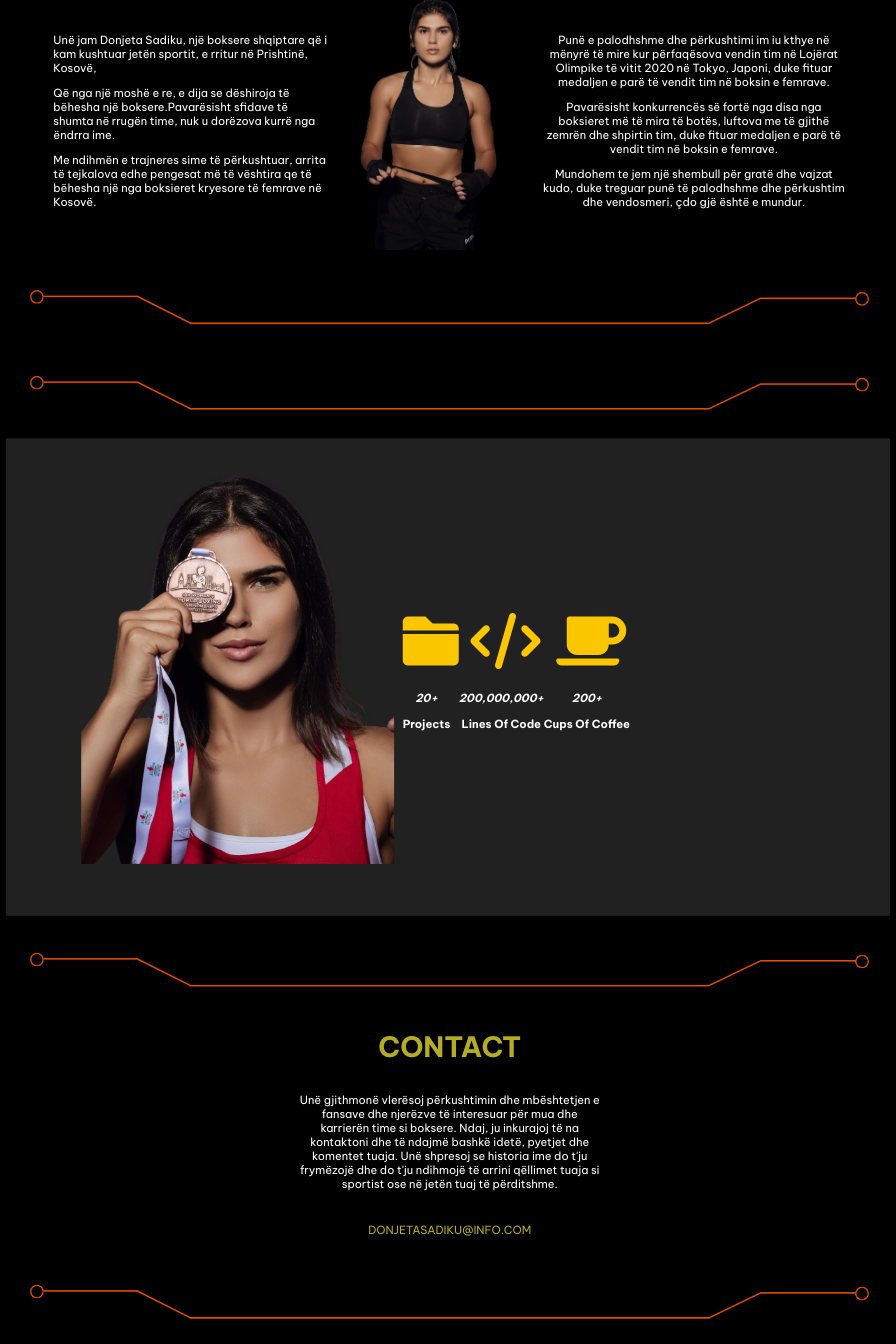
Repository: milot-morina/ds-boxing
Page: DS-Portfolio/index.html
An editor plug-in stored every save of this project. The page is shown before and after the next save, followed by the edit.
The browser window is 1280 px wide. The pictures show the part of the page from y = 2235 to 4155 px (the page is 4918 px tall), at 70% of full size.
A picture or video elsewhere on the page could not be fetched, so the positions and the page height are approximate.

Above is the page before, as saved 2023-03-21 10:41:19.

### DS-Portfolio/index.html
<!DOCTYPE html>
<html lang="en">
<head>
  <meta charset="UTF-8">
  <meta http-equiv="X-UA-Compatible" content="IE=edge">
  <meta name="viewport" content="width=device-width, initial-scale=1.0">
  <title>Donjeta Sadiku</title>
  <link rel="stylesheet" href="style.css">
  <link rel="stylesheet" href="https://cdnjs.cloudflare.com/ajax/libs/font-awesome/6.0.0-beta2/css/all.min.css" integrity="sha512-YWzhKL2whUzgiheMoBFwW8CKV4qpHQAEuvilg9FAn5VJUDwKZZxkJNuGM4XkWuk94WCrrwslk8yWNGmY1EduTA==" crossorigin="anonymous" referrerpolicy="no-referrer" />
  <link rel="icon" href="logofinal.png" type="image/icon type" style="width: 100%;">
  <link href="https://fonts.googleapis.com/css2?family=Be+Vietnam+Pro:wght@400;500;700&display=swap" rel="stylesheet">
</head>
<body>

  <section class="section1" id="home">
    <video muted autoplay loop style="pointer-events: none;">
      <source src="DS-Glitch.mp4" type="video/mp4">
    </video>
    <header class="hidden3">
      <div class="container">
        <nav class="navbar">
          <div class="brand-title">
            <img src="unitetiLogoFinal.png" alt="" width="130px">
          </div>
          <a href="#" class="toggle-button">
            <span class="bar"></span>
            <span class="bar"></span>
            <span class="bar"></span>
          </a>
          <div class="navbar-links">
            <ul>
              <li><a href="#home" class="home-btn">HOME</a></li>
              <li><a href="#club" class="header-club">CLUB</a></li>
              <li><a href="#contact" class="header-link a">CONTACT</a></li>
              <li><a href="#form" class="header-link a">FORM</a></li>
            </ul>
            <div class="socials">
            <i class="fa-brands fa-facebook"><a href="https://www.youtube.com/watch?v=dQw4w9WgXcQ"></a></i>
            <i class="fa-brands fa-instagram"></i>
            <i class="fa-brands fa-youtube"></i>
            <i class="fa-brands fa-app-store-ios"></i>
          </div>
          </div>

        </nav>
      </div>
    </header>
  </section>


  <img src="separator2.png" alt="" width="100%" style="margin-top: 40px;" class="first-seperator">


  <section class="section2 container row" id="club">

    <div class="images hidden2">
      <img src="handsUp.jpg" alt="">
    </div>
    <div class="text hidden">
      <p class="section-h hidden3">HISTORIA SHKRUHET!</p>
      <p class="section2-p hidden3">Nuk ka fjalë për t'u shprehur se sa krenare isha për të përfaqësuar vendin tim në skenën dhe për të marrë medalje ne kete nivel. Ishte një ndjenjë e mrekullueshme të përfaqësosh vendin tënd dhe të ndjehesh si një ambasador i saj në arenën nderkombetare.</p>
      <p class="section2-p hidden3">Në çdo moment të kësaj përvojeje, isha e mbuluar nga emocionet për rëndësinë që kjo ngjarje kishte për popullin tim dhe për boksierët shqiptarë. Nuk ishte thjesht një fitore personale, por ishte një fitore që përfaqësoi përparimin e boksi shqiptar dhe mundësinë e një të ardhme të ndritshme për sportin në vendin tonë.</p>
      <p class="section2-p hidden3">Kur mora medaljen olimpike, ndjeva një ndjenjë të thellë krenarie dhe një ndjesi të vërtetë prej triumfi. Ishte si të isha i gjithë vendlindja ime, duke festuar këtë arritje të madhe me mua. Nuk mund të mendoja për ndonjë gjë më të rëndësishme në atë moment, dhe do të mbaj gjithmonë këtë kujtim në zemrën time.</p>

    </div>

  </section>

  <img src="separator2.png" alt="" width="100%" style="margin-top: 30px;">


  <section class="section3 container">
    <p class="section-h">MEDALJET FLASIN VET!</p>
   <div class="row">
    <div class="text hidden2">
      <p>Viti me i suksesshem ne karrieren time . Solla dy medalje nje evropiane e një botërore. Dëshmova që une Donjeta Sadiku nuk dorërzohem asnjëher përkundrazi nuk kam dyshuar asnjëherë në veten time, mirpo tani po ndihem e kompletuar nën udhëheqjen e trajneres time Marjola Sallauka .</p>
      <p>Tash e tutje luftoj vetëm për medalje Olimpike. Unë besoj në vetën time dhe ju premtoj që me përkrahjen tuaj unë do ti realizoj këto synime . Faleminderit për përkrahje familjes time, Federatës së Boksit. Faleminderit trajnerës Marjola Sallauka për mjeshtërinë që tregon me punën e saj.</p>
    </div>
    <div class="images hidden">
      <img src="DplusMar.jpg" alt="" style="max-width: 640px;">
    </div>
   </div>

  </section>








  <img src="separator2.png" alt="" width="100%" style="margin-top: 30px;">




  <section class="section4 container" id="nft">
    <p class="section-h hidden3">HOLD THE VISION, TRUST THE PROCESS</p>
    <div class="row">
      <div class="text hidden2" style="text-align: left">
        <p>Unë jam Donjeta Sadiku, një boksere shqiptare që i kam kushtuar jetën sportit, e rritur në Prishtinë, Kosovë,
        </p>
        <p>Që nga një moshë e re, e dija se dëshiroja të bëhesha një boksere.Pavarësisht sfidave të shumta në rrugën time, nuk u dorëzova kurrë nga ëndrra ime.
        </p>
        <p>Me ndihmën e trajneres sime të përkushtuar, arrita të tejkalova edhe pengesat më të vështira qe të bëhesha një nga boksieret kryesore të femrave në Kosovë.</p>
      </div>
      <div class="hidden3">
        <div class="column">
          <img src="profilePic.png" alt="" style="width: 300px;">
          <!-- <img src="shadow.png" alt="" style="width: 300px;"> -->
        </div>
      </div>
      <div class="text hidden">
        <p>Punë e palodhshme dhe përkushtimi im iu kthye në mënyrë të mire kur përfaqësova vendin tim në Lojërat Olimpike të vitit 2020 në Tokyo, Japoni, duke fituar medaljen e parë të vendit tim në boksin e femrave.</p>
        <p>Pavarësisht konkurrencës së fortë nga disa nga boksieret më të mira të botës, luftova me të gjithë zemrën dhe shpirtin tim, duke fituar medaljen e parë të vendit tim në boksin e femrave.
        </p>
        <p>
          Mundohem te jem një shembull për gratë dhe vajzat kudo, duke treguar punë të palodhshme dhe përkushtim dhe vendosmeri, çdo gjë është e mundur.
        </p>
      </div>
    </div>

  </section>

  <img src="separator2.png" alt="" width="100%" style="margin-top: 30px;">
  <img src="separator2.png" alt="" width="100%" style="margin-top: 30px;">
  <!-- ktu section i ri -->
  <section class="fun-facts text-center">
    <div class="container">
      <div class="row align-items-center">
        <div class="col-md-6">
          <img src="medalje-removebg-preview.png" alt="Your image description">
        </div>
        <div class="col-md-6 d-flex justify-content-end">
          <div class="row">
            <div class="col-md-4">
              <i class="fa fa-folder fa-5x"></i>
              <p class="number">20+</p>
              <p>Projects</p>
            </div>
            <div class="col-md-4">
              <i class="fa fa-code fa-5x"></i>
              <p class="number">200,000,000+</p>
              <p>Lines Of Code</p>
            </div>
            <div class="col-md-4">
              <i class="fa fa-coffee fa-5x"></i>
              <p class="number">200+</p>
              <p>Cups Of Coffee</p>
            </div>
          </div>
        </div>
      </div>
    </div>
  </section>





  <!-- perfunduon -->
  <img src="separator2.png" alt="" width="100%" style="margin-top: 30px;">

  <section class="section5 container" id="contact">
    <div class="text">
      <p class="section-h">CONTACT</p>
      <p>Unë gjithmonë vlerësoj përkushtimin dhe mbështetjen e fansave dhe njerëzve të interesuar për mua dhe karrierën time si boksere. Ndaj, ju inkurajoj të na kontaktoni dhe të ndajmë bashkë idetë, pyetjet dhe komentet tuaja. Unë shpresoj se historia ime do t'ju frymëzojë dhe do t'ju ndihmojë të arrini qëllimet tuaja si sportist ose në jetën tuaj të përditshme.</p>
      <p style="color: #B4AC25; margin-top: 45px;">DONJETASADIKU@INFO.COM</p>
    </div>
  </section>






 <img src="separator2.png" alt="" width="100%" style="margin-top: 30px;">

  <section class="section6 container" id="form">
    <div class="text">
      <p class="section-h">APPLICATION FORM</p>
    </div>
    <form action="#">
      <div class="form-row">
        <input type="text" placeholder="First Name">
        <input type="text"placeholder="Surname">
      </div>
      <div class="form-row">
        <input type="text" placeholder="Phone">
        <input type="email" placeholder="Email">
      </div>
      <div class="long-inputs-form">
        <input type="text" placeholder="Occupation"><br>
        <input type="text" placeholder="Message" style="padding-block: 40px;">
      </div>
    </form>
    <button class="home-btn">Apply</button>
    <div class="socials" style="margin-block: 40px;">
      <a href="https://www.facebook.com/your-page"><i class="fa-brands fa-facebook"></i></a>
      <a href="https://www.instagram.com/donjetasadikuofficial/"><i class="fa-brands fa-instagram"></i></a>
      <a href="https://www.youtube.com/channel/your-channel"><i class="fa-brands fa-youtube"></i></a>
      <!-- <a href="https://apps.apple.com/your-app"><i class="fa-brands fa-app-store-ios"></i></a> -->
    </div>


    <div class="text" style="margin-bottom: 40px;">
      <p>Copyright © - 2023 - Donjeta Sadiku </p>
    </div>


    <div style="background-color: rgba(0, 0, 0, 0.2); display: flex; justify-content: center; align-items: center;">
      <a class="navbar-brand" href="https://www.reetech.ch/">
        <img src="reetech.png" width="185" height="105" class="d-inline-block align-top" alt="">
      </a>
    </div>

  </section>




  <script src="script.js"></script>
</body>
</html>

### DS-Portfolio/style.css
html {
  scroll-behavior: smooth;
  transition: 2s;
  overflow-x: hidden;
}

body {
  text-align: center;
  overflow-x: hidden;
  font-family: 'Be Vietnam Pro', sans-serif;
  background-color: black !important;
}

/* header----*/


/*  */



/* #Fun Facts
================================================================================= */
.fun-facts {
  background: #212121;
  padding: 50px;
  margin-top: 20px;
  color: #fff;
}

.fun-facts i {
  color: #fac600;
  margin-bottom: 15px;
  margin-right: 0;
}

.fun-facts i:hover {
  color: #fac600;
}

.fun-facts p {
  font-weight: bold;
}

p.number {
  font-style: italic;
}

.fun-facts .container {
  display: flex;
  flex-direction: column;
  align-items: center;
}

.fun-facts img {
  max-width: 100%;
  height: auto;
  margin-bottom: 20px;
}

.fun-facts .row {
  display: flex;
  flex-direction: column;
  align-items: center;
}

.fun-facts .col-md-4 {
  text-align: center;
  margin-bottom: 20px;
}

@media screen and (min-width: 768px) {
  .fun-facts .container {
    flex-direction: row;
    justify-content: space-between;
  }

  .fun-facts .row {
    flex-direction: row;
  }

  .fun-facts .col-md-4 {
    margin-bottom: 0;
  }
}


/*  */


header {
  background-color: transparent;
  width: 100%;
  position: absolute;
  top: 0;
  left: 0;

  z-index: 100;
}


.navbar {
  display: flex;
  flex-direction: column;
  justify-content: space-between;
  align-items: flex-start;
  color: black;
}



.navbar-links {
  width: 100%;
  display: none;
}

.navbar-links ul {
  margin: 0;
  padding: 0;
  display: flex;
  flex-direction: column;
  width: 100%;
  text-align: center;
}

.navbar-links li {
  list-style: none;
  font-size: 15px;

}

.navbar-links li a {
  text-decoration: none;
  color: white;

  display: block;
}


.toggle-button {
  position: absolute;
  top: .75rem;
  right: 1rem;
  display: flex;
  flex-direction: column;
  justify-content: space-between;
  width: 31px;
  height: 21px;
}

.bar {
  width: 100%;
  height: 3px;
  background-color: white;
  border-radius: 10px;
}

.navbar-links.active {
  display: flex;
  flex-direction: column;
  background-color: transparent;
}

i {
  color: white;
}

i:hover {
  color: #B4AC25;
  cursor: pointer;
}



video {
  width: 100%;
  position: relative;
  height: auto;
  pointer-events: none;
  display: none;
}



.socials {
  width: 47%;
  display: block;
  margin: 5px auto;
  text-align: center;
}

i {
  margin-left: 12px;
  font-size: 24px;
}


.header-club {
  color: white;
  padding-inline: 10px;
  margin-top: 5px;
  max-width: 80px;
  display: block;
  margin-inline: auto;
  font-weight: 700;
}


.header-club:hover {
  color: white;
  border-color: #B4AC25;

}

.home-btn {
  color: white;
  padding-inline: 10px;
  margin-top: 5px;
  max-width: 80px;
  display: block;
  margin-inline: auto;
  font-weight: 700;
}

.home-btn:hover {
  color: white;
  border-color: white;
  background-color: transparent;
  cursor: pointer;
}


.header-link {
  color: white;
  padding-inline: 10px;
  margin-top: 5px;
  max-width: 80px;
  display: block;
  margin-inline: auto;
  font-weight: 700;
}

.header-link:hover {
  color: #B4AC25;
}

a {
  position: relative;
}

a::after {
  content: " ";
  position: absolute;
  background-color: #B4AC25;
  height: 3px;
  width: 0;
  left: 0;
  bottom: -10px;
  transition: 0.3s;
}

a:hover::after {
  width: 100%;
}





/*---------------header-----------*/




/*---------------------- collapsible table ------------------------*/

.main-collapsible {
  background-color: transparent;
  color: black;
  width: 100%;
  margin-inline: auto;
  margin-block: 120px 40px;
}



.container-collapsible {
  width: 100%;
  margin: 0 auto;
  display: flex;
  flex-direction: column;
  align-items: center;
}


hr {
  background-color: white;
  width: 90%;
  display: block;
  margin-inline: auto;
}



.collapsible-button {
  background-color: rgb(24, 24, 24);
  color: gray;
  cursor: pointer;
  padding: 5px;
  width: 93%;
  border-bottom: 1px solid white;
  display: flex;
  align-items: center;
  justify-content: space-between;
  text-align: left;
  outline: none;
  font-size: 15px;
  border: none;
}





.button-name-collapsible {
  color: white;
  text-align: left;
  outline: none;
  font-size: 16px;

}


.button-name-collapsible:hover {
  color: #B4AC25;
}



.collapsible-button:after {
  content: '\002B';
  color: white;
  font-weight: bold;
  float: right;
  margin-left: 5px;
  font-size: 24px;
}

.collapsible-button:hover::after{
  color: #B4AC25;
}

.active:after {
  content: "\2212";
}

.content {
  width: 93%;
  max-height: 0;
  overflow: hidden;
  transition: max-height 0.2s ease-out;
  background-color:  rgb(24, 24, 24);
  color: white;
  margin-bottom: 10px;
}

/*---------------------- collapsible table ------------------------*/



/*----------animations------------*/

.hidden {
  opacity: 0;
  filter: blur(2px);
  transform: translateX(60%);
  transition: all 700ms;
}


.hidden2 {
  opacity: 0;
  filter: blur(2px);
  transform: translateX(-60%);
  transition: all 700ms;
}

.hidden3 {
  opacity: 0;
  filter: blur(2px);
  transform: translateY(-5%);
  transition: all .7s;
}



.show {
  opacity: 1;
  filter: blur(0);
  transform: translateX(0);
}


@media(prefers-reduced-motion) {
  .hidden {
    transition: none;
  }
}

/*--------------animations------------------*/


/*---------main---------------*/

body {
  background-color: black;

}


.container {
  width: 90%;
  margin: 0 auto;
}



.first-seperator {
  display: none;
}

@media(min-width: 687px) and (max-width: 900px) {
  .column {
    display: flex;
    flex-direction: column;
    width: 100%;
    margin-left: 28%;
  }
}


.row2 {
  display: flex;
  align-items: center;
  justify-content: space-between;
}

.section2 {
  margin-top: 70px;
}

.section2 img {
  width: 80%;
  max-width: 500px;
  display: block;
  margin-inline: auto;
}

.text {
  color: white;
  max-width: 440px;
  display: block;
  margin-inline: auto;
}

.text p {
  font-weight: 400;
  margin-left: 5px;
}

.text .section-h,
.section-h {
  font-size: clamp(2.15rem, 2.5rem, 3.2rem);
  color: #B4AC25;
  font-weight: 700;
}

.images img {
  max-width: 550px;
  width: 100%;
}

.section3 .images img {
  width: 100%;
}


input {
  background-color: transparent;
  color: white;
  border: 1px solid white;
  padding: 20px 30px;
  margin: 5px;
  max-width: 410px;
}

input::placeholder {
  color: white;
  padding: 12px;
}

.long-inputs-form > input{
  width: 170px;
}

.section6 button{
  margin-top: 17px;
  padding: 10px 20px;
}

.section6 .socials{
  justify-content: center;
}



@media (min-width: 555px) {
  video {
    display: block;
  }

  .long-inputs-form > input{
    width: 470px;
  }

}


@media(min-width: 865px) {


  .toggle-button {
    display: none;
  }

  .navbar {
    flex-direction: row;
    align-items: center;
    justify-content: space-between;
  }

  .navbar-links  {
    display: flex;
    width: 100%;
    align-items: center;
  }

  .navbar-links ul {
    flex-direction: row;
    justify-content: center;
  }

  .navbar-links.active {
    flex-direction: row;
  }

  .socials {
    width: 6%;
    display: flex;
    justify-content: right;
  }

  .header-club {
    margin-left: 14px;
  }

}





@media (min-width: 900px) {
  .row {
    display: flex;
    justify-content: space-between;
    align-items: center;
  }

  .div {
    display: flex;
    justify-content: space-between;
    align-items: center;
    width: 100%;
    margin: 0 auto;
  }


  .long-inputs-form > input{
    width: 470px;
  }

}







/*---------------main-------------*/

### DS-Portfolio/script.js
const toggleButton = document.getElementsByClassName('toggle-button')[0]
const navbarLinks = document.getElementsByClassName('navbar-links')[0]

toggleButton.addEventListener('click', () => {
  navbarLinks.classList.toggle('active')
})





const observer = new IntersectionObserver((entries) => {
  entries.forEach((entry) => {
    console.log(entry)
    if (entry.isIntersecting) {
      entry.target.classList.add('show')
    } else {
      entry.target.classList.remove('show')
    }
  })
})

const hiddenElements = document.querySelectorAll('.hidden')
const hiddenElements2 = document.querySelectorAll('.hidden2')
const hiddenElements3 = document.querySelectorAll('.hidden3')
hiddenElements.forEach((el) => observer.observe(el))
hiddenElements2.forEach((el) => observer.observe(el))
hiddenElements3.forEach((el) => observer.observe(el))






//collapbsibleTable
let coll = document.getElementsByClassName("collapsible-button");
let i;

for (i = 0; i < coll.length; i++) {
  coll[i].addEventListener("click", function() {
    this.classList.toggle("active");
    let content = this.nextElementSibling;
    if (content.style.maxHeight){
      content.style.maxHeight = null;
    } else {
      content.style.maxHeight = content.scrollHeight + "px";
    }
  });
}

After the next save:
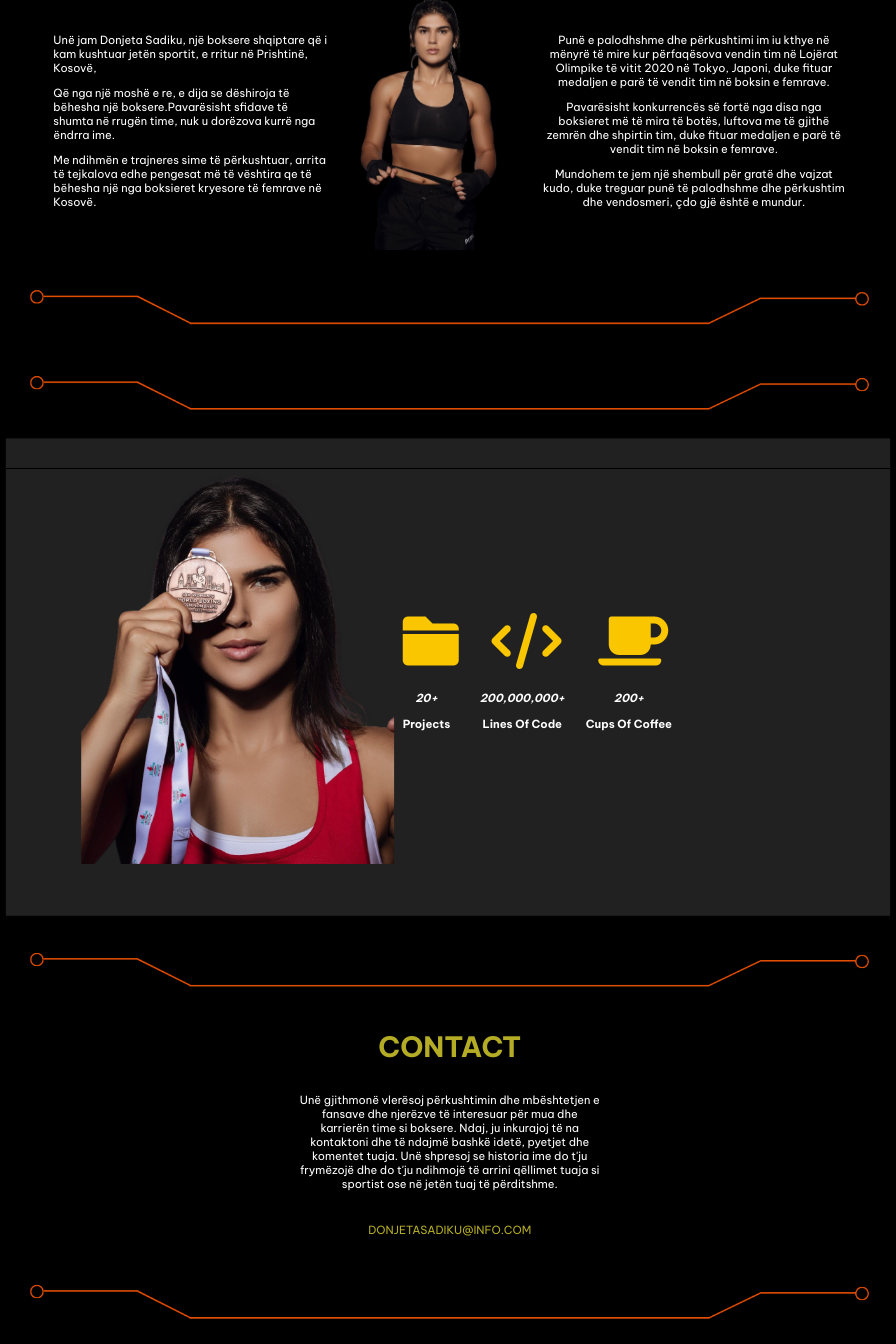
Saved 25 s later.
--- a/DS-Portfolio/style.css
+++ b/DS-Portfolio/style.css
@@ -76,10 +76,17 @@
 
   .fun-facts .row {
     flex-direction: row;
+    justify-content: flex-end;
+    align-items: center;
   }
 
   .fun-facts .col-md-4 {
+    margin-right: 30px;
     margin-bottom: 0;
+  }
+
+  .fun-facts .col-md-4:last-child {
+    margin-right: 0;
   }
 }
 
